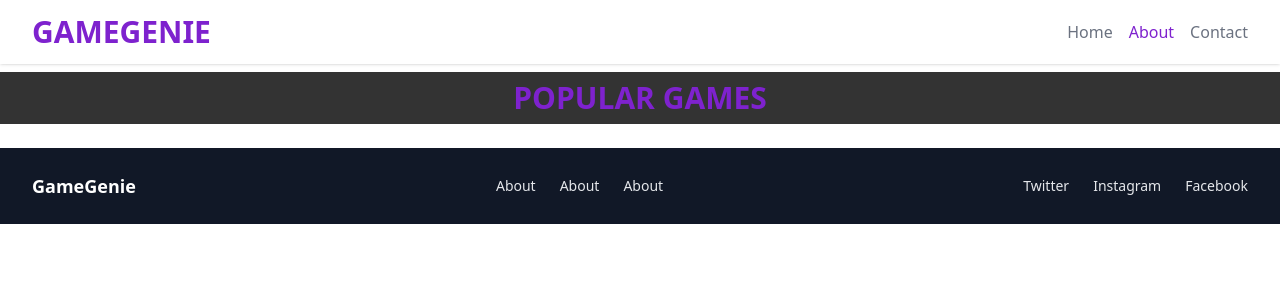
Repository: mfaeezshabbir/Gamegenie
Page: /allGames
The author's editor kept a copy of each file at every save. The page is drawn from the files as they stood at one save, then again after the next save.
The browser window is 1280 px wide. The pictures show the whole page.
The page's requests for data from a server got no answer. The project was rebuilt for these pictures with package versions that can differ from the ones it lists, and the page was loaded fresh each time. The framework's server and built-in components were replaced by stand-ins that run in the browser. No one was signed in, and anything a server would have sent is missing. Also part of the build but not shown: next.config.js, components/GameCard/GameCard.jsx.

Above is the page before, as saved 2023-04-18 13:03:50.

After the next save:
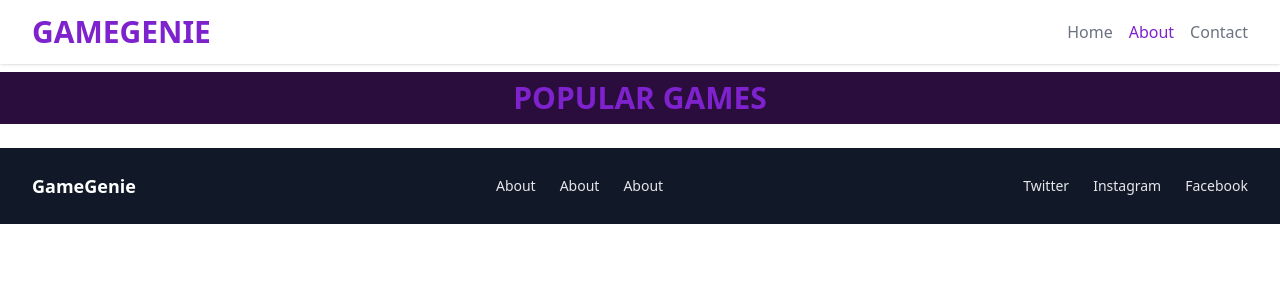
Saved 23 s later.
--- a/pages/allGames.jsx
+++ b/pages/allGames.jsx
@@ -18,7 +18,7 @@ export default function Home() {
 
   return (
     <div className=" mt-2" >
-      <h1 className="text-3xl text-center bg-[#333] p-2 uppercase font-bold text-purple-700 " >Popular Games</h1><br />
+      <h1 className="text-3xl text-center bg-[#2b0d3d] p-2 uppercase font-bold text-purple-700 " >Popular Games</h1><br />
       <div className="grid grid-cols-1 sm:grid-cols-2 lg:grid-cols-3 gap-4">
         {games.map((game) => (
           <GameCard key={game.name} game={game} />
